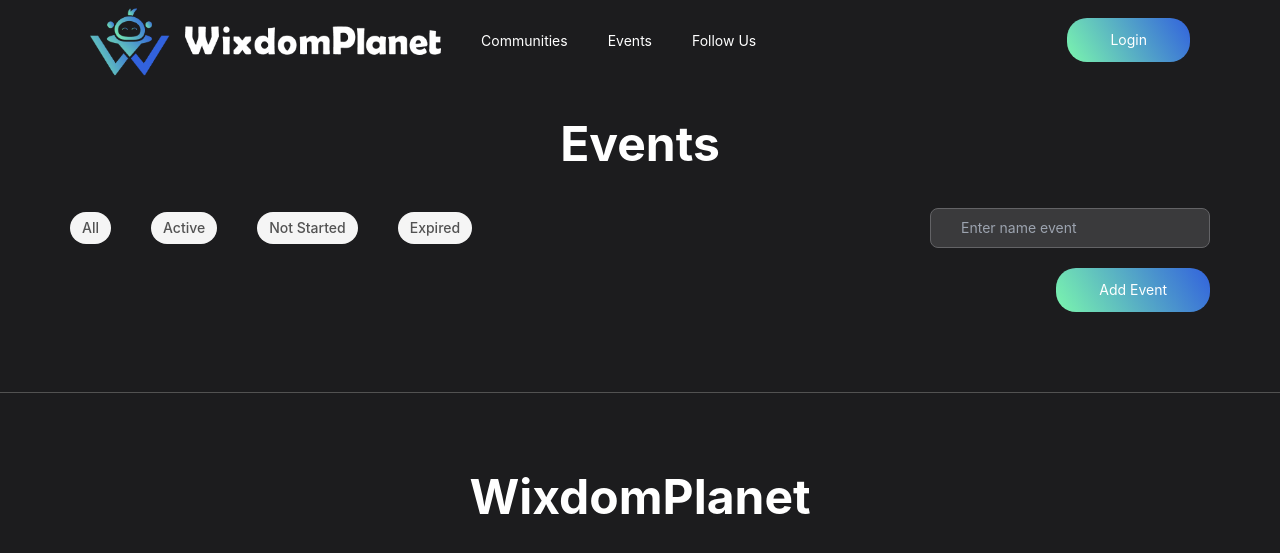
Repository: haudnn/WixdomPlanet-demo
Page: /
These files come from the project's save history. The page is drawn as it stood at one moment and after the next save; the edit follows.
The browser window is 1280 px wide. The pictures show the whole page.
The project was rebuilt for these pictures with package versions that can differ from the ones it lists, and the page was loaded fresh each time. Also part of the build but not shown: vite.config.js, src/utils/formatDate.js, src/features/Event/page/AddEvent.jsx, src/features/Event/components/EventItem.jsx.

Above is the page before, as saved 2023-02-03 16:16:04.

### src/App.jsx
import "./App.css";
import { BrowserRouter } from "react-router-dom";
import Header from "./components/Layout/Header";
import RoutesConfig from "./config/RoutesConfig";
import Footer from "./components/Layout/Footer";
function App() {
  return (
    <div className="App bg-[#1c1c1e] min-h-screen">
      <BrowserRouter>
        <Header />
        <RoutesConfig/>
        <Footer/>
      </BrowserRouter>
    </div>
  );
}

export default App;

### src/index.css
@tailwind base;
@tailwind components;
@tailwind utilities;

:root {
  font-family: Inter, system-ui, Avenir, Helvetica, Arial, sans-serif;
}

### src/App.css
.grid {
    width: 100% !important;
    display: block !important;
    padding: 0;
}

.grid.wide {
    max-width: 1200px;
    margin: 0 auto;
}

.row {
    display: flex;
    flex-wrap: wrap;
    margin-left: -4px;
    margin-right: -4px;
}

.row.no-gutters {
    margin-left: 0;
    margin-right: 0;
}

.col {
    padding-left: 4px;
    padding-right: 4px;
}

.row.no-gutters .col {
    padding-left: 0;
    padding-right: 0;
}

.c-0 {
    display: none;
}

.c-1 {
    flex: 0 0 8.33333%;
    max-width: 8.33333%;
}

.c-2 {
    flex: 0 0 16.66667%;
    max-width: 16.66667%;
}

.c-3 {
    flex: 0 0 25%;
    max-width: 25%;
}

.c-4 {
    flex: 0 0 33.33333%;
    max-width: 33.33333%;
}

.c-5 {
    flex: 0 0 41.66667%;
    max-width: 41.66667%;
}

.c-6 {
    flex: 0 0 50%;
    max-width: 50%;
}

.c-7 {
    flex: 0 0 58.33333%;
    max-width: 58.33333%;
}

.c-8 {
    flex: 0 0 66.66667%;
    max-width: 66.66667%;
}

.c-9 {
    flex: 0 0 75%;
    max-width: 75%;
}

.c-10 {
    flex: 0 0 83.33333%;
    max-width: 83.33333%;
}

.c-11 {
    flex: 0 0 91.66667%;
    max-width: 91.66667%;
}

.c-12 {
    flex: 0 0 100%;
    max-width: 100%;
}

.c-o-1 {
    margin-left: 8.33333%;
}

.c-o-2 {
    margin-left: 16.66667%;
}

.c-o-3 {
    margin-left: 25%;
}

.c-o-4 {
    margin-left: 33.33333%;
}

.c-o-5 {
    margin-left: 41.66667%;
}

.c-o-6 {
    margin-left: 50%;
}

.c-o-7 {
    margin-left: 58.33333%;
}

.c-o-8 {
    margin-left: 66.66667%;
}

.c-o-9 {
    margin-left: 75%;
}

.c-o-10 {
    margin-left: 83.33333%;
}

.c-o-11 {
    margin-left: 91.66667%;
}

/* >= Tablet */
@media (min-width: 740px) {
    .row {
        margin-left: -8px;
        margin-right: -8px;
    }

    .col {
        padding-left: 8px;
        padding-right: 8px;
    }

    .m-0 {
        display: none;
    }

    .m-1,
    .m-2,
    .m-3,
    .m-4,
    .m-5,
    .m-6,
    .m-7,
    .m-8,
    .m-9,
    .m-10,
    .m-11,
    .m-12 {
        display: block;
    }

    .m-1 {
        flex: 0 0 8.33333%;
        max-width: 8.33333%;
    }

    .m-2 {
        flex: 0 0 16.66667%;
        max-width: 16.66667%;
    }

    .m-3 {
        flex: 0 0 25%;
        max-width: 25%;
    }

    .m-4 {
        flex: 0 0 33.33333%;
        max-width: 33.33333%;
    }

    .m-5 {
        flex: 0 0 41.66667%;
        max-width: 41.66667%;
    }

    .m-6 {
        flex: 0 0 50%;
        max-width: 50%;
    }

    .m-7 {
        flex: 0 0 58.33333%;
        max-width: 58.33333%;
    }

    .m-8 {
        flex: 0 0 66.66667%;
        max-width: 66.66667%;
    }

    .m-9 {
        flex: 0 0 75%;
        max-width: 75%;
    }

    .m-10 {
        flex: 0 0 83.33333%;
        max-width: 83.33333%;
    }

    .m-11 {
        flex: 0 0 91.66667%;
        max-width: 91.66667%;
    }

    .m-12 {
        flex: 0 0 100%;
        max-width: 100%;
    }

    .m-o-1 {
        margin-left: 8.33333%;
    }

    .m-o-2 {
        margin-left: 16.66667%;
    }

    .m-o-3 {
        margin-left: 25%;
    }

    .m-o-4 {
        margin-left: 33.33333%;
    }

    .m-o-5 {
        margin-left: 41.66667%;
    }

    .m-o-6 {
        margin-left: 50%;
    }

    .m-o-7 {
        margin-left: 58.33333%;
    }

    .m-o-8 {
        margin-left: 66.66667%;
    }

    .m-o-9 {
        margin-left: 75%;
    }

    .m-o-10 {
        margin-left: 83.33333%;
    }

    .m-o-11 {
        margin-left: 91.66667%;
    }
}

/* PC medium resolution > */
@media (min-width: 1113px) {
    .row {
        margin-left: -12px;
        margin-right: -12px;
    }

    .row.sm-gutter {
        margin-left: -5px;
        margin-right: -5px;
    }

    .col {
        padding-left: 12px;
        padding-right: 12px;
    }

    .row.sm-gutter .col {
        padding-left: 5px;
        padding-right: 5px;
    }

    .l-0 {
        display: none;
    }

    .l-1,
    .l-2,
    .l-2-4,
    .l-3,
    .l-4,
    .l-5,
    .l-6,
    .l-7,
    .l-8,
    .l-9,
    .l-10,
    .l-11,
    .l-12 {
        display: block;
    }

    .l-1 {
        flex: 0 0 8.33333%;
        max-width: 8.33333%;
    }

    .l-2 {
        flex: 0 0 16.66667%;
        max-width: 16.66667%;
    }

    .l-2-4 {
        flex: 0 0 20%;
        max-width: 20%;
    }

    .l-3 {
        flex: 0 0 25%;
        max-width: 25%;
    }

    .l-4 {
        flex: 0 0 33.33333%;
        max-width: 33.33333%;
    }

    .l-5 {
        flex: 0 0 41.66667%;
        max-width: 41.66667%;
    }

    .l-6 {
        flex: 0 0 50%;
        max-width: 50%;
    }

    .l-7 {
        flex: 0 0 58.33333%;
        max-width: 58.33333%;
    }

    .l-8 {
        flex: 0 0 66.66667%;
        max-width: 66.66667%;
    }

    .l-9 {
        flex: 0 0 75%;
        max-width: 75%;
    }

    .l-10 {
        flex: 0 0 83.33333%;
        max-width: 83.33333%;
    }

    .l-11 {
        flex: 0 0 91.66667%;
        max-width: 91.66667%;
    }

    .l-12 {
        flex: 0 0 100%;
        max-width: 100%;
    }

    .l-o-1 {
        margin-left: 8.33333%;
    }

    .l-o-2 {
        margin-left: 16.66667%;
    }

    .l-o-3 {
        margin-left: 25%;
    }

    .l-o-4 {
        margin-left: 33.33333%;
    }

    .l-o-5 {
        margin-left: 41.66667%;
    }

    .l-o-6 {
        margin-left: 50%;
    }

    .l-o-7 {
        margin-left: 58.33333%;
    }

    .l-o-8 {
        margin-left: 66.66667%;
    }

    .l-o-9 {
        margin-left: 75%;
    }

    .l-o-10 {
        margin-left: 83.33333%;
    }

    .l-o-11 {
        margin-left: 91.66667%;
    }
}

/* Tablet - PC low resolution */
@media (min-width: 740px) and (max-width: 1023px) {
    .wide {
        width: 644px;
    }
}

/* > PC low resolution */
@media (min-width: 1024px) and (max-width: 1239px) {
    .wide {
        width: 984px;
    }

    .wide .row {
        margin-left: -12px;
        margin-right: -12px;
    }

    .wide .row.sm-gutter {
        margin-left: -5px;
        margin-right: -5px;
    }

    .wide .col {
        padding-left: 12px;
        padding-right: 12px;
    }

    .wide .row.sm-gutter .col {
        padding-left: 5px;
        padding-right: 5px;
    }

    .wide .l-0 {
        display: none;
    }

    .wide .l-1,
    .wide .l-2,
    .wide .l-2-4,
    .wide .l-3,
    .wide .l-4,
    .wide .l-5,
    .wide .l-6,
    .wide .l-7,
    .wide .l-8,
    .wide .l-9,
    .wide .l-10,
    .wide .l-11,
    .wide .l-12 {
        display: block;
    }

    .wide .l-1 {
        flex: 0 0 8.33333%;
        max-width: 8.33333%;
    }

    .wide .l-2 {
        flex: 0 0 16.66667%;
        max-width: 16.66667%;
    }

    .wide .l-2-4 {
        flex: 0 0 20%;
        max-width: 20%;
    }

    .wide .l-3 {
        flex: 0 0 25%;
        max-width: 25%;
    }

    .wide .l-4 {
        flex: 0 0 33.33333%;
        max-width: 33.33333%;
    }

    .wide .l-5 {
        flex: 0 0 41.66667%;
        max-width: 41.66667%;
    }

    .wide .l-6 {
        flex: 0 0 50%;
        max-width: 50%;
    }

    .wide .l-7 {
        flex: 0 0 58.33333%;
        max-width: 58.33333%;
    }

    .wide .l-8 {
        flex: 0 0 66.66667%;
        max-width: 66.66667%;
    }

    .wide .l-9 {
        flex: 0 0 75%;
        max-width: 75%;
    }

    .wide .l-10 {
        flex: 0 0 83.33333%;
        max-width: 83.33333%;
    }

    .wide .l-11 {
        flex: 0 0 91.66667%;
        max-width: 91.66667%;
    }

    .wide .l-12 {
        flex: 0 0 100%;
        max-width: 100%;
    }

    .wide .l-o-1 {
        margin-left: 8.33333%;
    }

    .wide .l-o-2 {
        margin-left: 16.66667%;
    }

    .wide .l-o-3 {
        margin-left: 25%;
    }

    .wide .l-o-4 {
        margin-left: 33.33333%;
    }

    .wide .l-o-5 {
        margin-left: 41.66667%;
    }

    .wide .l-o-6 {
        margin-left: 50%;
    }

    .wide .l-o-7 {
        margin-left: 58.33333%;
    }

    .wide .l-o-8 {
        margin-left: 66.66667%;
    }

    .wide .l-o-9 {
        margin-left: 75%;
    }

    .wide .l-o-10 {
        margin-left: 83.33333%;
    }

    .wide .l-o-11 {
        margin-left: 91.66667%;
    }
}

### src/components/Layout/Header.jsx
import React from 'react'
import { Link } from 'react-router-dom'
import logo from "../../assets/imgs/logo.png"
const Header = () => {
  return (
    <header className='h-[80px]'>
        <div className='max-w-[1140px] my-0 mx-auto h-full px-5'>
            <div className='flex items-center justify-between h-full'>
                <div className='flex items-center gap-x-10'>
                    <div className='h-[80px]'>
                        <Link to="/">
                            <img src={logo} alt="Logo" className='w-full h-full object-cover' />
                        </Link>
                    </div>
                    <ul className='flex items-center gap-x-10'>
                        <li>
                            <Link className='text-sm text-white' to="/communities">Communities</Link>
                        </li>
                        <li>
                            <Link className='text-sm text-white' to="/events">Events</Link>
                        </li>
                        <li>
                            <Link className='text-sm text-white' to="/follow">Follow Us</Link>
                        </li>
                    </ul>
                </div>
                <button style={{background: "linear-gradient(239deg,#3262dd,#7af4ae 98.78%)"}} className='text-sm text-white rounded-[20px] py-3 px-[43px]'>
                    <Link to="/login">Login</Link>
                </button>
            </div>
        </div>
    </header>
  )
}

export default Header

### src/config/RoutesConfig.jsx
import { Routes, Route } from 'react-router-dom';
import routes from '../constants/routes';
function RoutesConfig() {
  return (
    <Routes>
      {routes.map(({ path, component }) => (
        <Route key={path} path={path} element={component} />
      ))}
    </Routes>
  );
}
export default RoutesConfig;

### src/components/Layout/Footer.jsx
import React from 'react'

const Footer = () => {
  return (
    <footer className='border-t border-solid border-[#525252]'>
        <div className='max-w-[1140px] my-0 mx-auto px-5'>
            <div className="pt-[80px] pb-[48px] text-center text-white text-5xl font-bold">
               WixdomPlanet
            </div>
        </div>
    </footer>
  )
}

export default Footer

### src/constants/routes.jsx
import AddEvent from "../features/Event/page/AddEvent";
import Home from "../features/Home";

const routes = [
    {
      path: '/',
      component: <Home/>,
    },
    {
        path: '/add',
        component: <AddEvent/>,
      },
]
export default routes;

### src/features/Home.jsx
import React from "react";
import Event from "./Event/page/Event";

const Home = () => {
  return (
    <section className="home py-10 max-w-[1140px] my-0 mx-auto">
      <div className="text-center">
        <span className="text-white font-bold text-5xl ">Events</span>
      </div>
      <div className="mt-10 flex items-center justify-between">
        <ul className="flex items-center gap-x-10">
          <li className="bg-[#f5f5f5] rounded-[100px] font-medium text-[#525252] px-3 py-[6px] cursor-pointer text-sm">
            All
          </li>
          <li className="bg-[#f5f5f5] rounded-[100px] font-medium text-[#525252] px-3 py-[6px] cursor-pointer text-sm">
            Active
          </li>
          <li className="bg-[#f5f5f5] rounded-[100px] font-medium text-[#525252] px-3 py-[6px] cursor-pointer text-sm">
            Not Started
          </li>
          <li className="bg-[#f5f5f5] rounded-[100px] font-medium text-[#525252] px-3 py-[6px] cursor-pointer text-sm">
            Expired
          </li>
        </ul>
        <div className="w-[280px]">
          <input
            type="text"
            placeholder="Enter name event"
            className="text-sm pl-[30px] pr-[15px] h-10 leading-10 border border-solid border-[#636366] inline-block w-full bg-[#3a3a3c] rounded-lg text-white"
          />
        </div>
      </div>
      <div className="mt-5">
        <Event />
      </div>
    </section>
  );
};

export default Home;

### src/features/Event/page/Event.jsx
import { Link } from "react-router-dom";
import EventItem from "../components/EventItem";
import React, { useEffect, useState } from "react";
const Event = () => {
  const [events, setEvents] = useState([]);
  useEffect(() => {
    const isEnventList = JSON.parse(localStorage.getItem('eventList'));
    if (!isEnventList) {
        localStorage.setItem("eventList", JSON.stringify([]))
    }
    else{
        setEvents(isEnventList)
    }
  }, []);
  return (
    <div className="event">
      <div className="mb-10 flex justify-end">
        <button
          style={{
            background: "linear-gradient(239deg,#3262dd,#7af4ae 98.78%)",
          }}
          className="text-sm text-white rounded-[20px] py-3 px-[43px]"
        >
          <Link to="/add">Add Event</Link>
        </button>
      </div>
      <div className="grid">
        <div className="row">
          {
            events.map((event, i) => (
              <EventItem
                key={i}
                name={event.name}
                reward={event.reward}
                file={event.file}
                introduction={event.introduction}
                during={event.during}
              ></EventItem>
            ))
          }
        </div>
      </div>
    </div>
  );
};

export default Event;

Loaded but not shown: index.html (common file); src/main.jsx (common file); tailwind.config.cjs (common file)

After the next save:
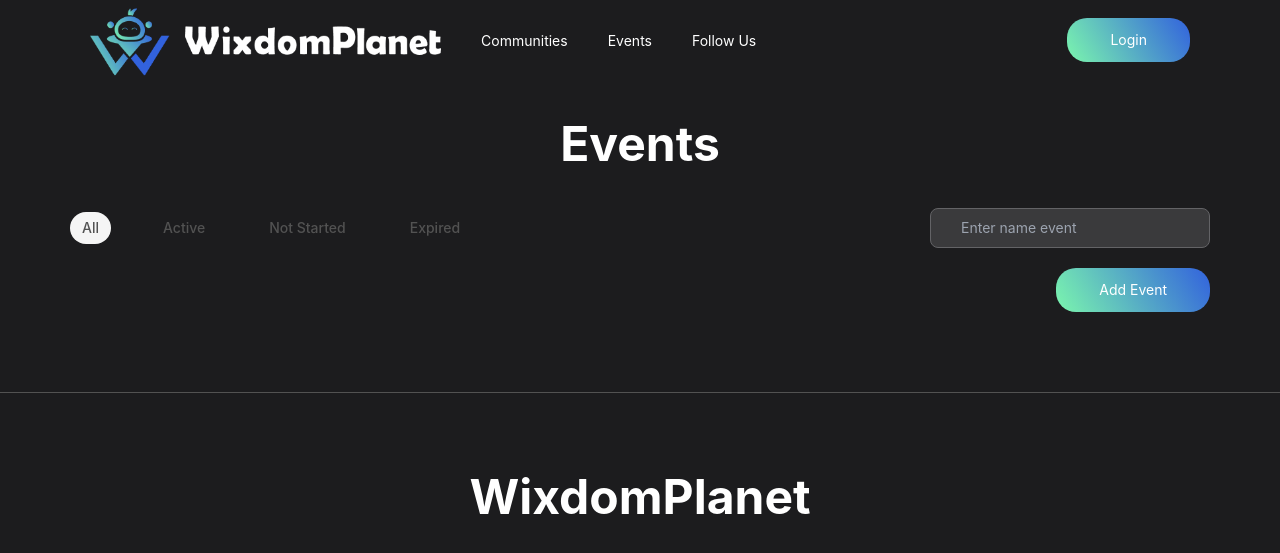
Saved 40 s later.
--- a/src/features/Home.jsx
+++ b/src/features/Home.jsx
@@ -12,13 +12,13 @@ const Home = () => {
           <li className="bg-[#f5f5f5] rounded-[100px] font-medium text-[#525252] px-3 py-[6px] cursor-pointer text-sm">
             All
           </li>
-          <li className="bg-[#f5f5f5] rounded-[100px] font-medium text-[#525252] px-3 py-[6px] cursor-pointer text-sm">
+          <li className="font-medium text-[#525252] px-3 py-[6px] cursor-pointer text-sm">
             Active
           </li>
-          <li className="bg-[#f5f5f5] rounded-[100px] font-medium text-[#525252] px-3 py-[6px] cursor-pointer text-sm">
+          <li className="font-medium text-[#525252] px-3 py-[6px] cursor-pointer text-sm">
             Not Started
           </li>
-          <li className="bg-[#f5f5f5] rounded-[100px] font-medium text-[#525252] px-3 py-[6px] cursor-pointer text-sm">
+          <li className="font-medium text-[#525252] px-3 py-[6px] cursor-pointer text-sm">
             Expired
           </li>
         </ul>
